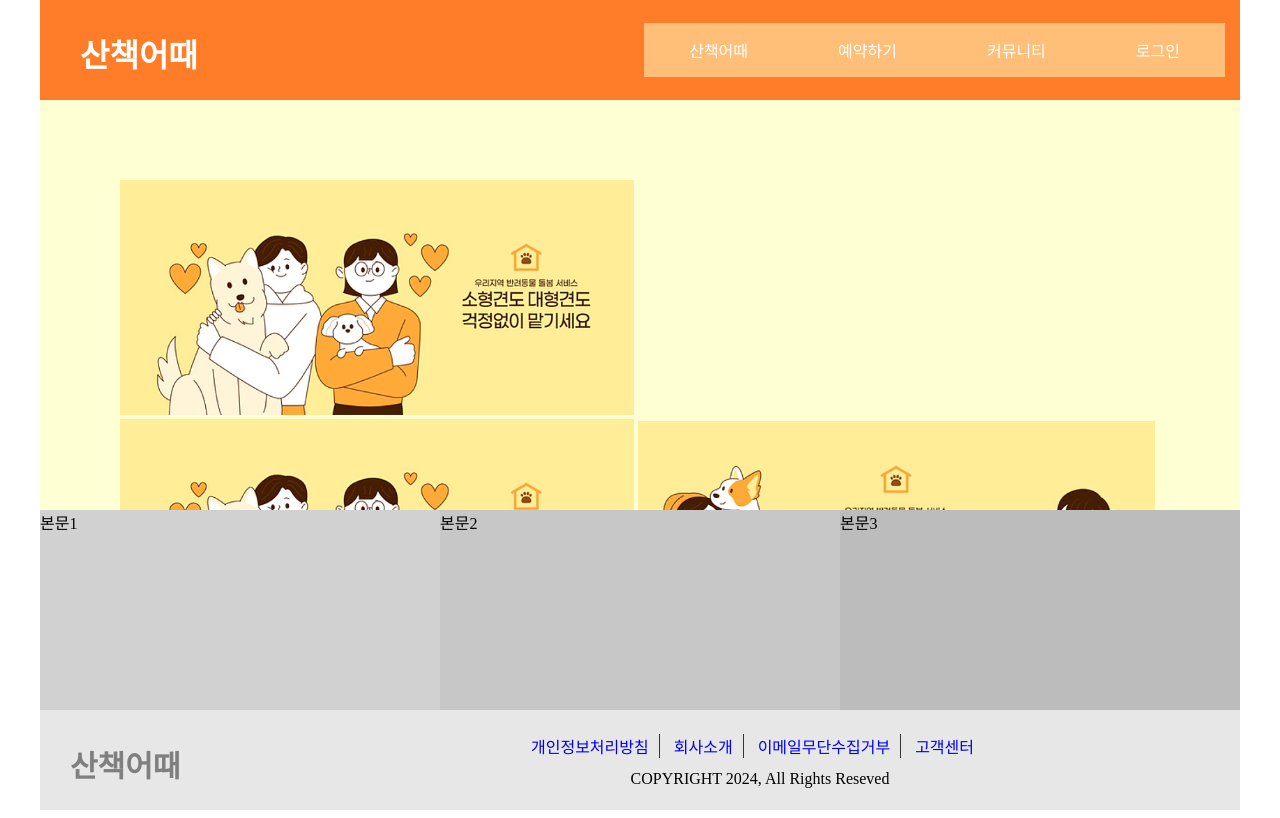
Repository: to-flatwhite1/portfolio
Page: http://localhost/JSP/
The author's editor kept a copy of each file at every save. The page is drawn from the files as they stood at one save, then again after the next save.
The browser window is 1280 px wide. The pictures show the whole page.
The page is served by Tomcat 9.

Above is the page before, as saved 2024-07-04 04:28:57.

After the next save:
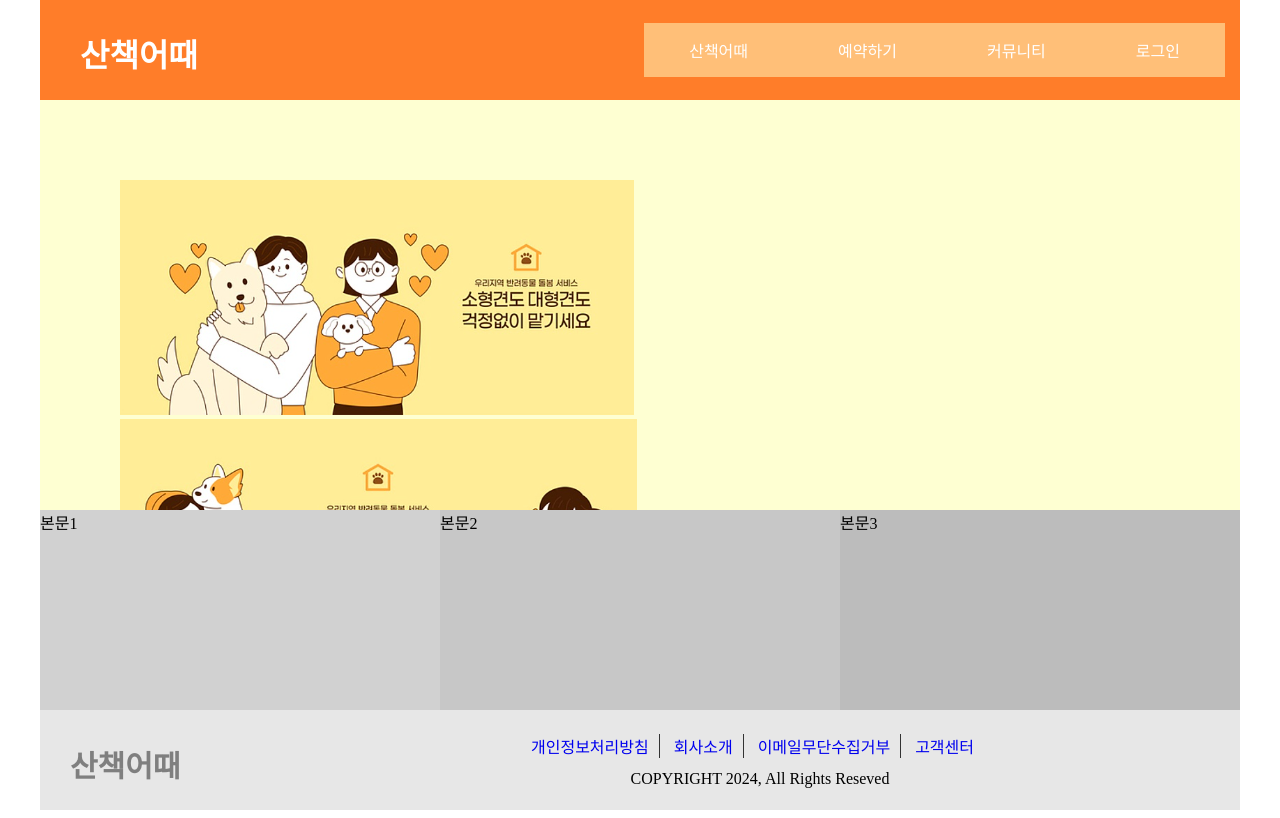
Saved 6 s later.
--- a/JSP/src/main/webapp/index.jsp
+++ b/JSP/src/main/webapp/index.jsp
@@ -51,8 +51,6 @@
 					<li><a href="#"><img src="images/image1.png"></a></li>
 					<li><a href="#"><img src="images/image2.png"></a></li>
 				</ul>
-
-				<a href="#"><img src="images/image2.png"></a>
 			</div>
 		</div>
         <div id="contents">
